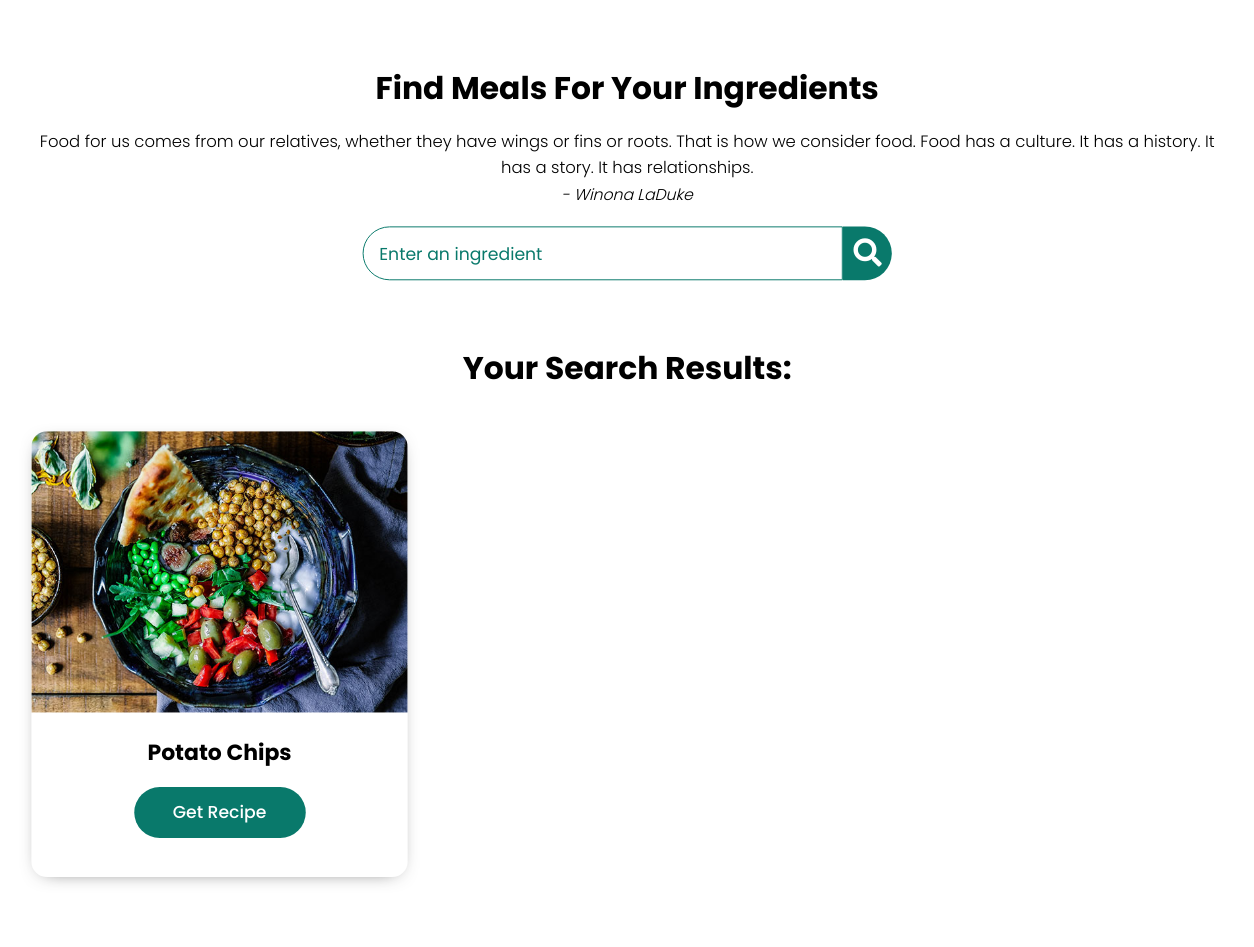
Repository: andrewhuynh561/javascipt
Page: Day 1/index.html
These files come from the project's save history. The page is drawn as it stood at one moment and after the next save; the edit follows.
The browser window is 1280 px wide. The pictures show the whole page, at 98% of full size.

Above is the page before, as saved 2023-05-19 20:23:17.

After the next save:
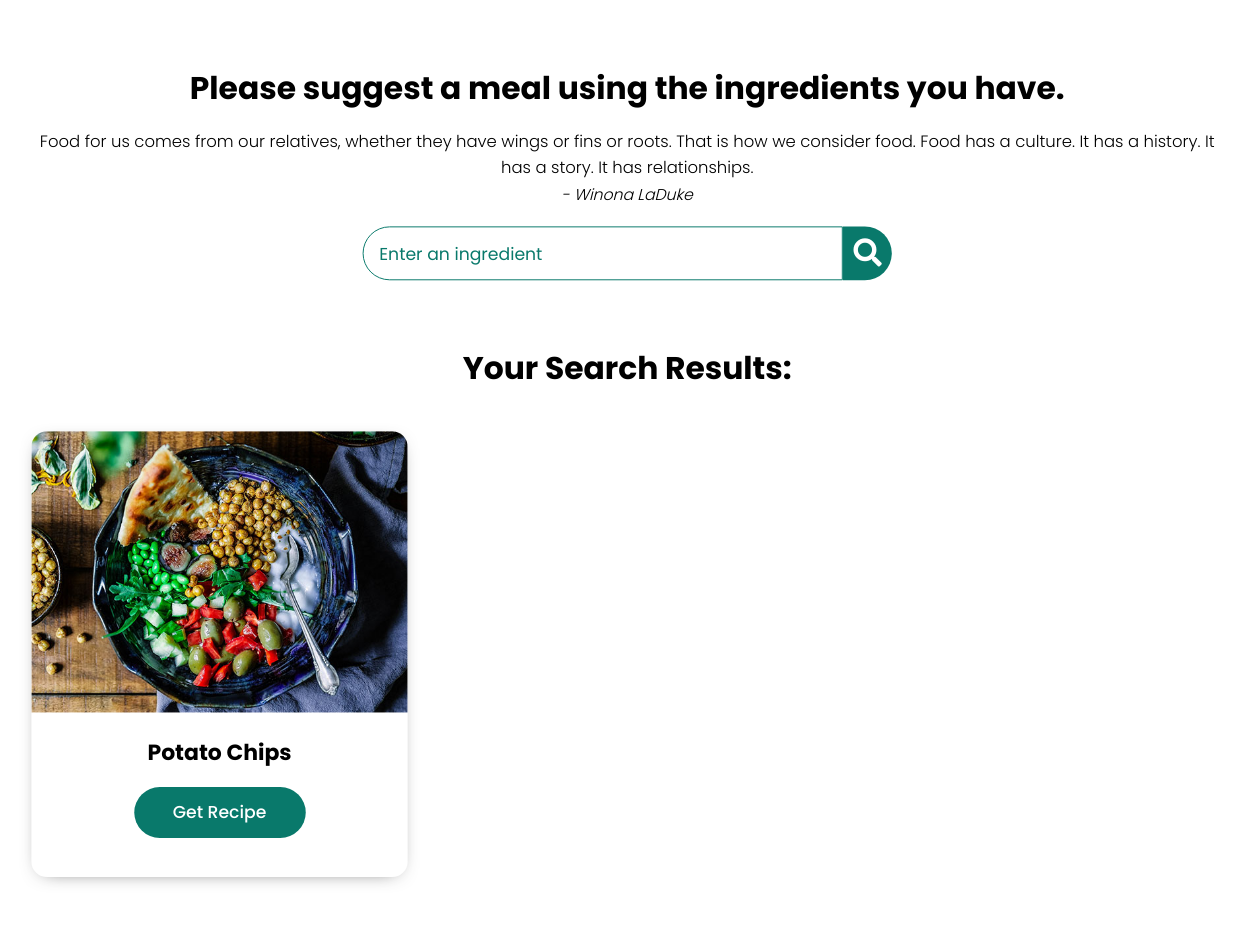
Saved 2 min 26 s later.
--- a/Day 1/index.html
+++ b/Day 1/index.html
@@ -12,7 +12,7 @@
   <div class = "container">
     <div class = "meal-wrapper">
       <div class = "meal-search">
-        <h2 class = "title">Find Meals For Your Ingredients</h2>
+        <h2 class = "title">Please suggest a meal using the ingredients you have.</h2>
         <blockquote>Food for us comes from our relatives, whether they have wings or fins or roots. That is how we consider food. Food has a culture. It has a history. It has a story. It has relationships.<br>
           <cite>- Winona LaDuke</cite>
         </blockquote>
